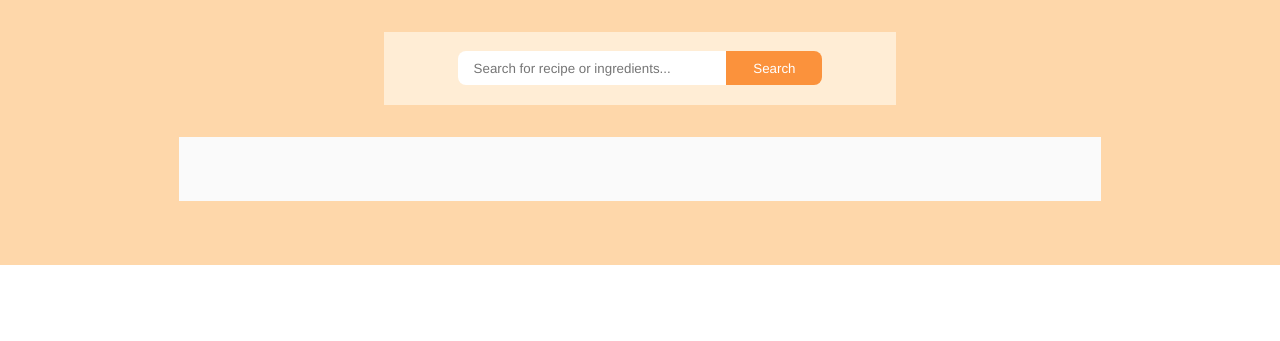
Repository: sandipkarmokar/recipeApp
Page: /
These files come from the project's save history. The page is drawn as it stood at one moment and after the next save; the edit follows.
The browser window is 1280 px wide. The pictures show the whole page.
The page's requests for data from a server got no answer. The project was rebuilt for these pictures with package versions that can differ from the ones it lists, and the page was loaded fresh each time. No one was signed in, and anything a server would have sent is missing. Also part of the build but not shown: src/components/data.js, src/components/listView.js, src/components/recipeShow.js.

Above is the page before, as saved 2022-05-01 12:07:25.

After the next save:
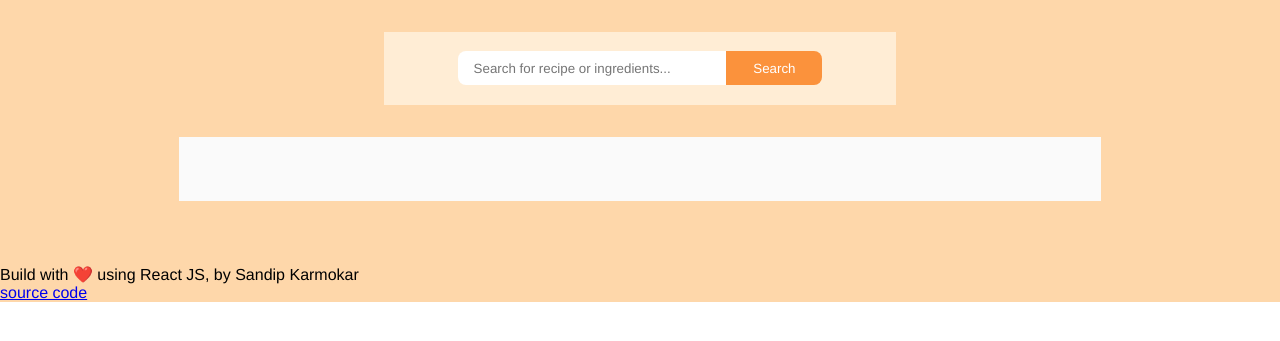
Saved 94 s later.
--- a/src/App.js
+++ b/src/App.js
@@ -73,6 +73,20 @@ const App = () => {
                     )}
                 </div>
             </div>
+            <footer>
+                <p>
+                    Build with ❤️ using React JS, by{' '}
+                    <span className="underline">Sandip Karmokar</span>
+                </p>
+
+                <a
+                    href="https://github.com/sandipkarmokar/to-do-app"
+                    rel="noreferrer"
+                    target="_blank"
+                >
+                    source code
+                </a>
+            </footer>
         </div>
     );
 };
